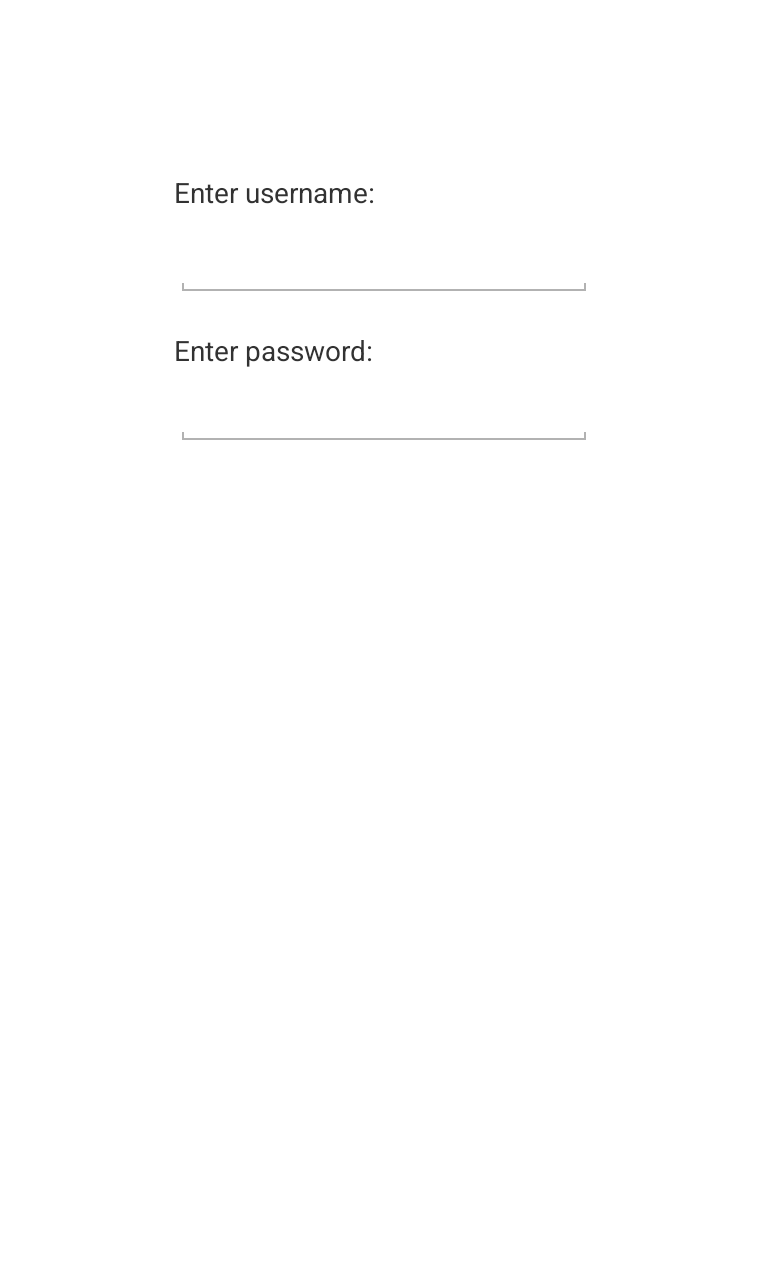
Repository: Codlex/JSMS
Layout: AndroidClient/res/layout/activity_main.xml
These files come from the project's save history. The layout is drawn as it stood at one moment and after the next save; the edit follows.
It is drawn on a 768 x 1280 px phone screen (xhdpi) without system bars, with theme AppTheme; the app's code is not run.

Above is the layout before, as saved 2013-01-04 14:37:47.

After the next save:
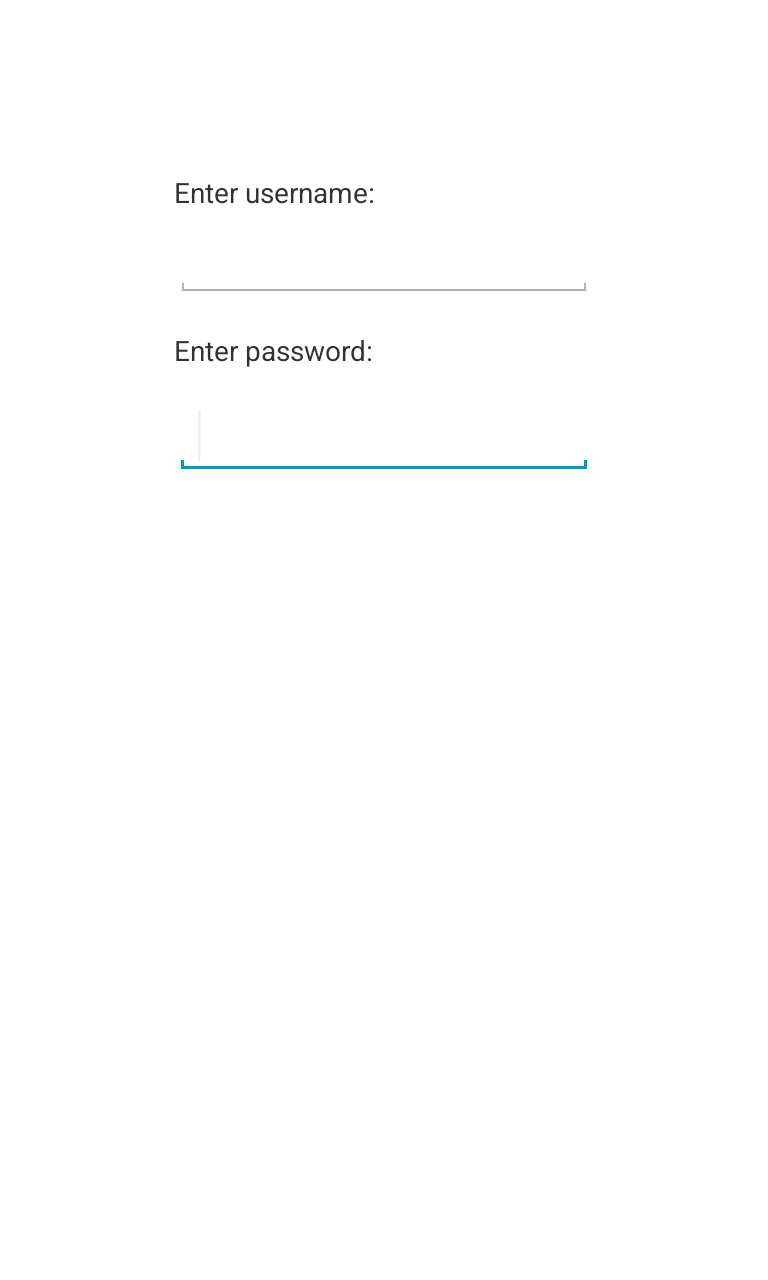
Saved 116 s later.
--- a/AndroidClient/res/layout/activity_main.xml
+++ b/AndroidClient/res/layout/activity_main.xml
@@ -24,15 +24,6 @@
         android:text="@string/password" />
 
     <EditText
-        android:id="@+id/password"
-        android:layout_width="wrap_content"
-        android:layout_height="wrap_content"
-        android:layout_alignLeft="@+id/text2"
-        android:layout_below="@+id/text2"
-        android:ems="10"
-        android:inputType="textPassword" />
-
-    <EditText
         android:id="@+id/username"
         android:layout_width="wrap_content"
         android:layout_height="wrap_content"
@@ -42,4 +33,17 @@
         android:ems="10"
         android:inputType="textPersonName" />
 
+    <EditText
+        android:id="@+id/password"
+        android:layout_width="wrap_content"
+        android:layout_height="wrap_content"
+        android:layout_alignLeft="@+id/text2"
+        android:layout_below="@+id/text2"
+        android:layout_marginTop="14dp"
+        android:ems="10"
+        android:inputType="textPassword" >
+
+        <requestFocus />
+    </EditText>
+
 </RelativeLayout>
